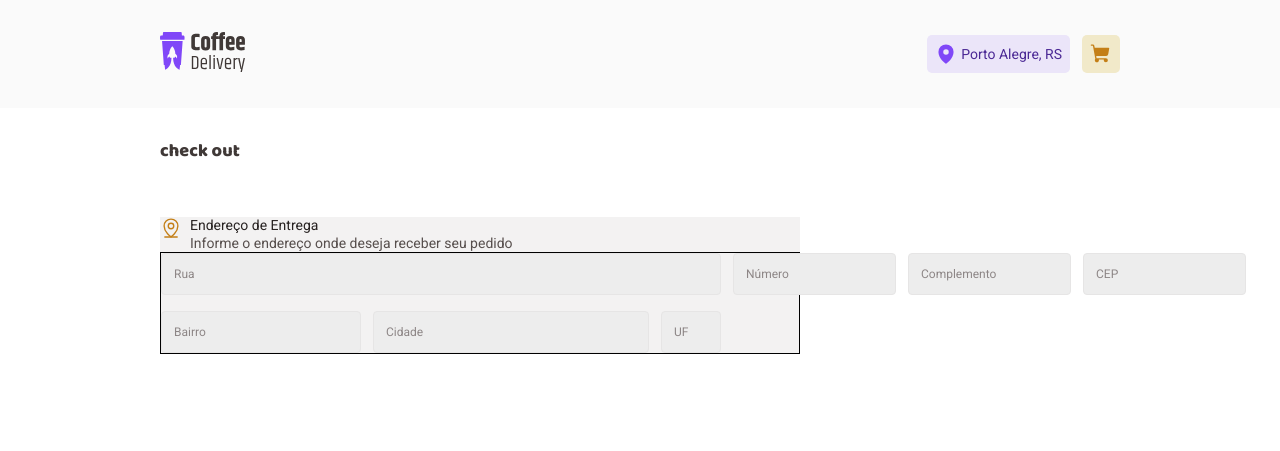
Repository: caueenrico/CoffeDelivery
Page: /checkout
The author's editor kept a copy of each file at every save. The page is drawn from the files as they stood at one save, then again after the next save.
The browser window is 1280 px wide. The pictures show the whole page.
The project was rebuilt for these pictures with package versions that can differ from the ones it lists, and the page was loaded fresh each time. Also part of the build but not shown: vite.config.ts, src/components/CoffesOptions/styled.ts, src/components/CoffeCards/styles.ts, src/components/IpuntNumber/styles.ts, src/components/IpuntNumber/index.tsx, src/components/CartOfCard/styles.ts, src/components/CartOfCard/index.tsx, src/utils/formatMoney.ts and 4 more.

Above is the page before, as saved 2022-09-22 15:20:39.

### index.html
<!DOCTYPE html>
<html lang="en">
  <head>
    <meta charset="UTF-8" />

    <link rel="preconnect" href="https://fonts.googleapis.com" />
    <link rel="preconnect" href="https://fonts.gstatic.com" crossorigin />
    <link
      href="https://fonts.googleapis.com/css2?family=Baloo+2:wght@700;800&family=Roboto:wght@400;700&display=swap"
      rel="stylesheet"
    />

    <link rel="icon" type="image/svg+xml" href="/vite.svg" />
    <meta name="viewport" content="width=device-width, initial-scale=1.0" />
    <title>Vite + React + TS</title>
  </head>
  <body>
    <div id="root"></div>
    <script type="module" src="/src/main.tsx"></script>
  </body>
</html>

### src/App.tsx
import { BrowserRouter } from "react-router-dom";
import { ThemeProvider } from "styled-components";
import { Router } from "./Router";
import { defaultTheme } from "./styles/themes/default";
import { GlobalStyle } from "./styles/themes/global";

export function App() {
  return (
    <ThemeProvider theme={defaultTheme}>
      <BrowserRouter>
        <Router />
      </BrowserRouter>
      <GlobalStyle />
    </ThemeProvider>
  );
}

### src/Router.tsx
import { Routes, Route } from 'react-router-dom'
import { DefaultLayout } from './layouts/DefaultLayout'
import { CheckOut } from './pages/CheckOut'
import { Home } from './pages/Home'



export function Router() {
  return (
    <Routes>
      <Route path="/" element={<DefaultLayout />}>
        <Route path="/" element={<Home />} />
        <Route path="/checkout" element={<CheckOut />} />
      </Route>
    </Routes>
  )
}

### src/styles/themes/default.ts
export const defaultTheme = {
  white: '#FFFFFF',

  // PRODUTOS
  'yellow-dark': '#C47F17',
  'yellow': '#DBAC2C',
  'yellow-light': '#F1E9C9',

  'purple-dark': '#4B2995',
  'purple': '#8047F8',
  'purple-light': '#EBE5F9',

  //BASE
  'title':'#272221',
  'subtitle': '#403937',
  'text':'#574F4D',
  'label':'#8D8686',
  'hover':'#D7D5D5',
  'button':'#E6E5E5',
  'input':'#EDEDED',
  'card':'#F3F2F2',
  'background':'#FAFAFA'
}

### src/styles/themes/global.ts
import { createGlobalStyle } from "styled-components";


export const GlobalStyle = createGlobalStyle`
  *{
    margin: 0;
    padding: 0;
    box-sizing: border-box;
  }

  :focus{
    outline: 0;
  }

  body{
    -webkit-font-smoothing: antialiased;
  }

  body,input,textarea,button{
    font-family: 'Roboto', sans-serif;
    font-weight: 400;
    font-size: 1rem;
  }

  input::-webkit-outer-spin-button,
  input::-webkit-inner-spin-button {
    -webkit-appearance: none;
    margin: 0;
  }
  input[type="number"] {
    -moz-appearance: textfield;
  }

`

### src/layouts/DefaultLayout/index.tsx
import { Outlet } from 'react-router-dom'
import { Header } from '../../components/Header'
import { LayoutContainer } from './styles'

export function DefaultLayout() {
  return (
    <div>
      <LayoutContainer>
        <Header />
        <Outlet />
      </LayoutContainer>
    </div>
  )
}

### src/pages/CheckOut/index.tsx
import { MapPinLine } from "phosphor-react";
import { useTheme } from "styled-components";
import { TilteText } from "../Home/styles";
import { AddressForm } from "./AddresForm";
import { TextCheck } from "./components/TextosCheck";
import { AddressFormContainer, ContainerCheckOut } from "./styles";

export function CheckOut() {
  return (
    <>
      <TilteText>check out</TilteText>

      <ContainerCheckOut>
        <TextCheck
          icon={<MapPinLine size={22} color="#C47F17" />}
          title="Endereço de Entrega"
          subtitle="Informe o endereço onde deseja receber seu pedido"
        />

        <AddressForm />

      </ContainerCheckOut>
    </>
  );
}

### src/components/Header/index.tsx
import { HeaderContainer, NavHeaders } from "./styles";
import logo from '../assets/logo.svg';
import { Locations } from "../Locations";
import { Cart } from "../Cart";
import { NavLink } from "react-router-dom";


export function Header() {
  return (
    <HeaderContainer>
      <NavLink to='/'>
      <img src={logo} alt="" />
      </NavLink>

      <NavHeaders>
        <Locations />
        <NavLink to='/checkout'>
          <Cart/>
        </NavLink>
      </NavHeaders>
    </HeaderContainer>
  );
}

### src/layouts/DefaultLayout/styles.ts
import styled from 'styled-components'

export const LayoutContainer = styled.div`

`

### src/pages/Home/styles.ts
import Background from '../assets/Background.png'

import styled from "styled-components";

export const BannerContainer = styled.div`

display: flex;
align-items: center;
justify-content: space-between;

padding: 94px 160px;

background-image: url(${Background});
background-position: center;
background-repeat: no-repeat;
background-size: cover;

`

export const TextContainer = styled.div`
 max-width: 588px;

 h1{
  font-family: 'Baloo 2';
  font-style: normal;
  font-weight: 800;
  font-size: 48px;
  line-height: 130%;
  color: ${props => props.theme['title']}
 }

  span {
    font-family: 'Roboto';
    font-weight: 400;
    font-size: 20px;
    line-height: 130%;
    color: ${props => props.theme['subtitle']}
  }




`

export const Benefist = styled.div `

  margin-top: 66px;
  max-width: 567px;
  color: ${props => props.theme['text']};

  ul {
    list-style-type: none;
    display: flex;
    gap: 40px;

  }

  ul li{
    font-size: 16px;
    display: flex;
    align-items: center;
    margin-bottom: 20px;
    gap: 12px;


  }

  .test{
    width: 231px;
  }
`

export const ProductsContainer = styled.div`

  h1{
    font-family: 'Baloo 2';
    font-style: normal;
    font-weight: 800;
    font-size: 32px;
    line-height: 130%;

    margin-left: 160px;
    margin-top: 32px;
    margin-bottom: 54px;

    color:${props => props.theme['subtitle']}
  }



`

export const TilteText = styled.h1`
    font-family: 'Baloo 2';
    font-style: normal;
    font-weight: 800;
    font-size: 18px;
    line-height: 130%;

    margin-left: 160px;
    margin-top: 32px;
    margin-bottom: 54px;

    color:${props => props.theme['subtitle']}
`

### src/pages/CheckOut/AddresForm.tsx
import { InputForm } from "../../components/InpuitForm";
import { AddressFormContainer } from "./styles";



export function AddressForm(){
  return(
    <AddressFormContainer>
      <InputForm placeholder="CEP" type='number' className="cep"/>
      <InputForm placeholder="Rua" className="street"/>
      <InputForm placeholder="Número" type='number'/>
      <InputForm placeholder="Complemento" className="complemento"/>
      <InputForm placeholder="Bairro" />
      <InputForm placeholder="Cidade"/>
      <InputForm placeholder="UF"/>
    </AddressFormContainer>
  )
}

### src/pages/CheckOut/components/TextosCheck/index.tsx
import { ReactNode } from "react"
import { SectionTitleContainer } from "./styles"

interface TextCheckProps{
  title: string
  subtitle: string
  icon: ReactNode
}

export function TextCheck({title,subtitle,icon}: TextCheckProps){
  return(
    <SectionTitleContainer>
      {icon}
      <div>
        <h1>{title}</h1>
        <span>{subtitle}</span>
      </div>
    </SectionTitleContainer>
  )
}

### src/pages/CheckOut/styles.ts
import styled from "styled-components";

export const ContainerCheckOut = styled.div `

  margin-left: 160px;
  display: flex;
  flex-direction: column;
  max-width: 40rem;
  background: ${props => props.theme.card};
`

export const AddressFormContainer = styled.div`
  width: 100%;
  border: 1px solid black;
  display: grid;
  grid-template-columns: 12.5rem 17.25rem 3.75rem;
  column-gap: 0.75rem;
  row-gap: 1rem;
  grid-auto-flow: dense;

  .cep{
    grid-column: spam 3;
    max-width: 12.5rem;
  }

  .street{
    grid-column: span 3;
  }

  .complemento {
    grid-column: span 2;
  }

`

### src/components/Header/styles.ts
import styled from "styled-components";

export const HeaderContainer = styled.div`

  min-height: 104px;

  display: flex;
  align-items: center;
  justify-content: space-between;

  padding: 32px 160px;

  background-color: ${props => props.theme['background']};

  position: sticky;
  top: 0;
  left: 0;
  z-index: 5;

`
export const NavHeaders = styled.nav`
  display: flex;
  gap: 12px;

`

### src/components/Locations/index.tsx
import { MapPin } from "phosphor-react";
import { LocationsContainer } from "./styles";


export function Locations (){

  return (
    <LocationsContainer>
        <MapPin size={22} weight='fill' color="#8047F8"/> Porto Alegre, RS
    </LocationsContainer>
  )
}

### src/components/Cart/index.tsx
import { ShoppingCart } from "phosphor-react";
import React from "react";
import { CartContainer } from "./styles";

export function Cart (){
  return(
    <CartContainer>
      <ShoppingCart size={22} weight='fill'/>
    </CartContainer>
  )
}

### src/components/InpuitForm/index.tsx
import { InputHTMLAttributes } from "react";
import { InputStyleContainer } from "./styles";

type InputProps = InputHTMLAttributes<HTMLInputElement>

export function InputForm({...props}:InputProps ){
  return(
    <InputStyleContainer {...props}/>
  )
}

### src/pages/CheckOut/components/TextosCheck/styles.ts
import styled from "styled-components";

export const SectionTitleContainer = styled.div`
  display: flex;
  gap: 0.5rem;

  div{
    h1{
      font-size: 0.875rem;
      font-weight: 400;
      color: ${props => props.theme.title};
    }
    span{
      font-size: 0.875rem;
      font-weight: 400;
      color: ${props => props.theme.text};
    }
  }

`

### src/components/Locations/styles.ts
import styled from "styled-components";

export const LocationsContainer = styled.div`
  border-radius: 5px;

  max-width: 143px;
  padding: 8px;
  font-size: 14px;

  background-color: ${props => props.theme['purple-light']};
  color: ${props => props.theme['purple-dark']};

  display: flex;
  justify-content: center;
  align-items: center;
  gap: 4px;



`

### src/components/Cart/styles.ts
import styled from "styled-components";

export const CartContainer = styled.button`
  max-width: 38px;
  max-height: 38px;
  border-radius: 5px;
  border: none;

  background-color: ${props => props.theme['yellow-light']};
  color: ${props => props.theme['yellow-dark']};

  display: flex;
  align-content: center;
  align-items: center;

  padding: 8px;

`

### src/components/InpuitForm/styles.ts
import styled from "styled-components";

export const InputStyleContainer = styled.input`
  height: 2.625rem;
  border-radius: 4px;
  border: 1px solid ${props => props.theme.button};
  background: ${props => props.theme.input};
  transition: 0.4s;

  &:focus{
    border-color: ${props => props.theme["yellow-dark"]};
  }

  color: ${props => props.theme["text"]};
  font-size: 00.75rem;
  padding: 0 0.75rem;

  &::placeholder{
    color: ${props => props.theme["label"]};
  }
`

Loaded but not shown: src/main.tsx (common file)

After the next save:
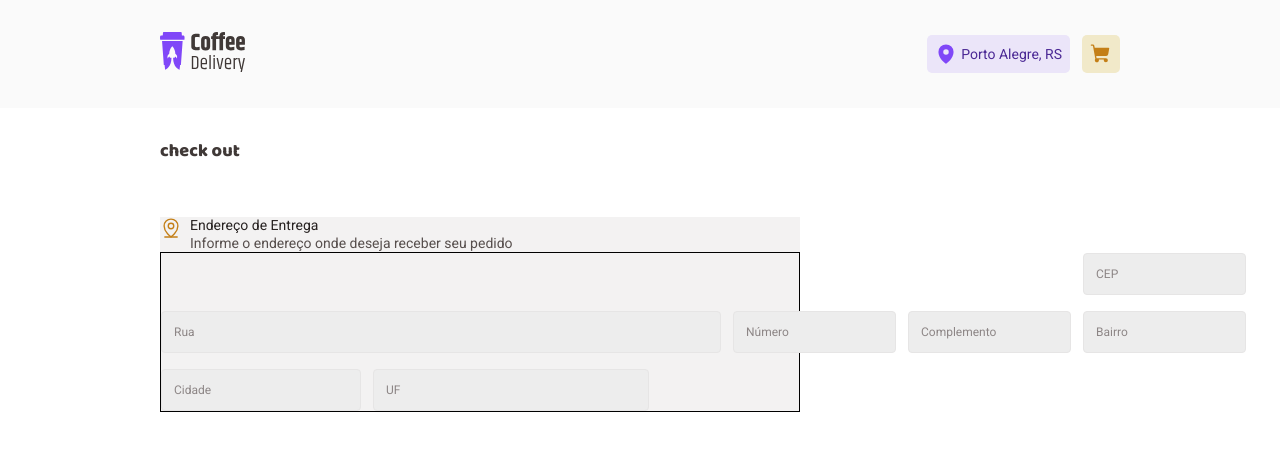
Saved 16 s later.
--- a/src/pages/CheckOut/styles.ts
+++ b/src/pages/CheckOut/styles.ts
@@ -16,7 +16,7 @@ export const AddressFormContainer = styled.div`
   grid-template-columns: 12.5rem 17.25rem 3.75rem;
   column-gap: 0.75rem;
   row-gap: 1rem;
-  grid-auto-flow: dense;
+  grid-auto-flow: ;
 
   .cep{
     grid-column: spam 3;
